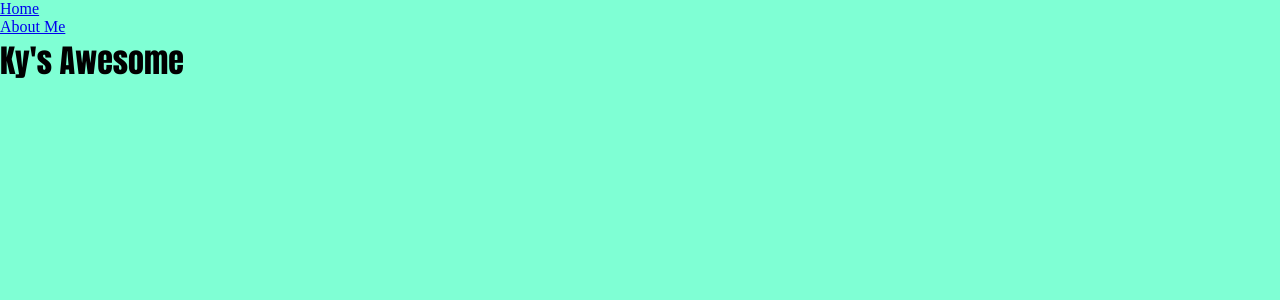
Repository: monicaifijeh/test2
Page: kyportfolio/src/index.html
The author's editor kept a copy of each file at every save. The page is drawn from the files as they stood at one save, then again after the next save.
The browser window is 1280 px wide. The pictures show the whole page.

Above is the page before, as saved 2024-12-18 20:33:06.

After the next save:
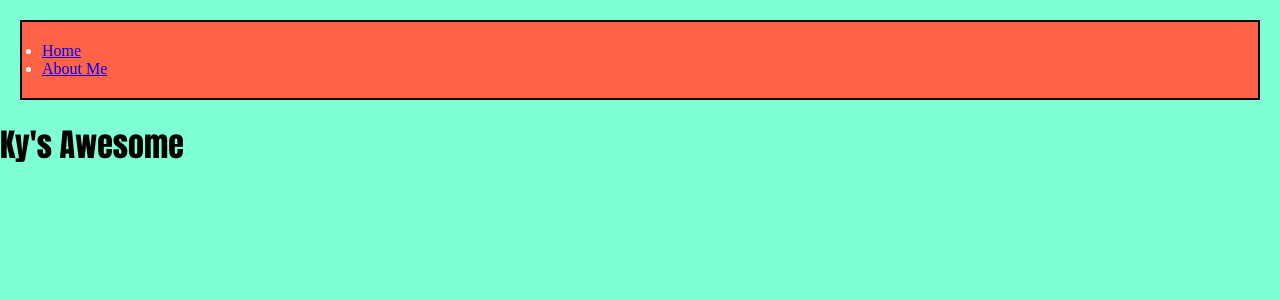
Saved 26 s later.
--- a/kyportfolio/src/mystyleOne.css
+++ b/kyportfolio/src/mystyleOne.css
@@ -18,5 +18,9 @@ nav{
    border: 0ch;
 }
 .navi{
-
+    background-color: tomato;
+  color: white;
+  border: 2px solid black;
+  margin: 20px;
+  padding: 20px;
 }
